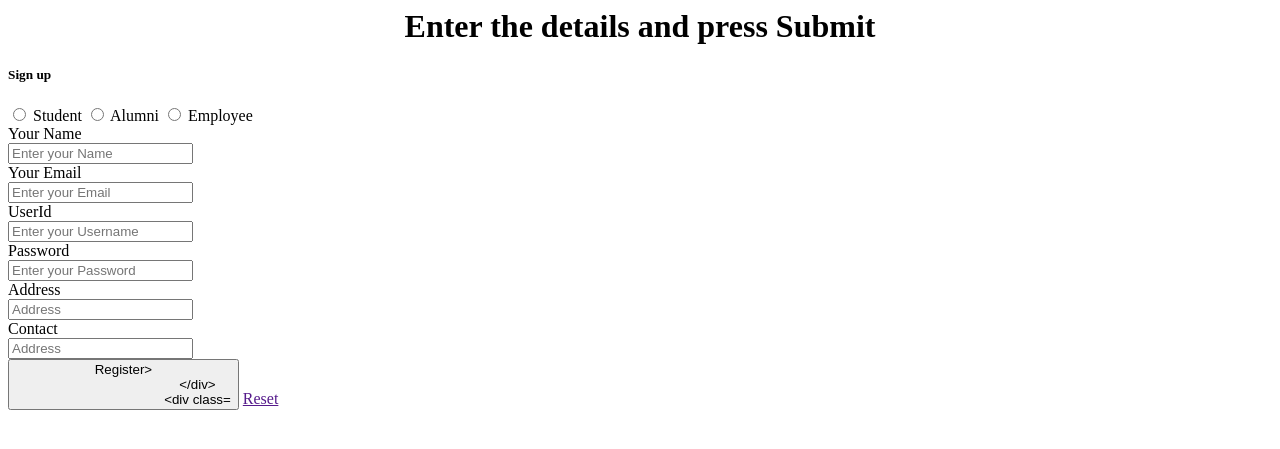
Repository: Abinayasivapraba/Project2
Page: ChatZoneFE/WebContent/User/Register.html
These files come from the project's save history. The page is drawn as it stood at one moment and after the next save; the edit follows.
The browser window is 1280 px wide. The pictures show the whole page.

Above is the page before, as saved 2017-05-14 11:08:55.

After the next save:
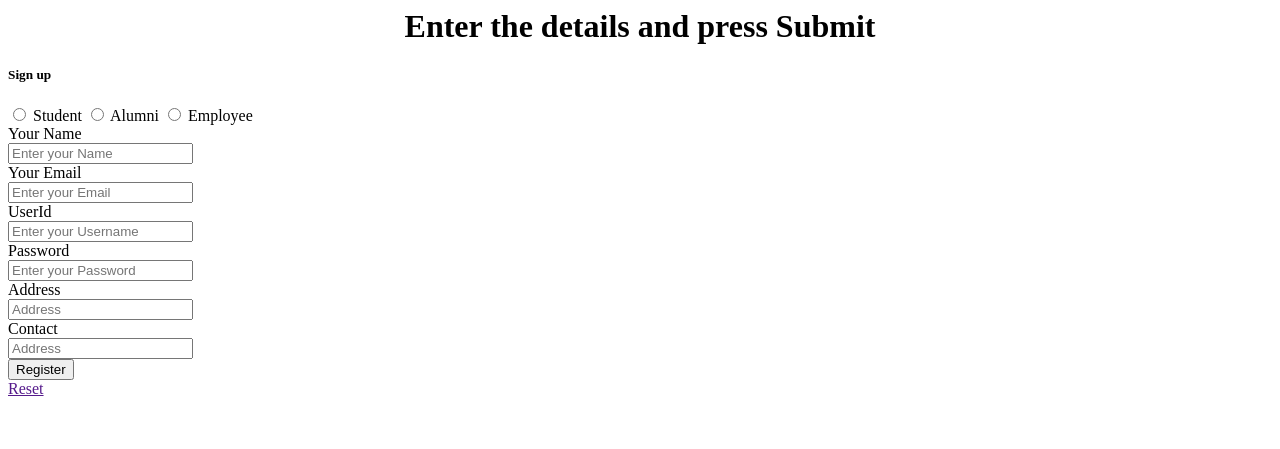
Saved 4 min 14 s later.
--- a/ChatZoneFE/WebContent/User/Register.html
+++ b/ChatZoneFE/WebContent/User/Register.html
@@ -47,7 +47,7 @@ Role:<input type="text" ng-model="ctrl.user.role" /><br>
 
 						<div class="form-group">
 							<label for="name" class="cols-sm-2 control-label">Your Name</label>
-							<div class="cols-sm-10">
+							<div class="cols-sm-4">
 								<div class="input-group">
 									<span class="input-group-addon"><i class="fa fa-user fa" aria-hidden="true"></i></span>
 									<input type="text" class="form-control" name="name" id="name" ng-model="ctrl.user.name"  placeholder="Enter your Name"/>
@@ -57,7 +57,7 @@ Role:<input type="text" ng-model="ctrl.user.role" /><br>
 
 						<div class="form-group">
 							<label for="email" class="cols-sm-2 control-label">Your Email</label>
-							<div class="cols-sm-10">
+							<div class="cols-sm-4">
 								<div class="input-group">
 									<span class="input-group-addon"><i class="fa fa-envelope fa" aria-hidden="true"></i></span>
 									<input type="text" class="form-control" name="email" id="email" ng-model="ctrl.user.email"  placeholder="Enter your Email"/>
@@ -67,7 +67,7 @@ Role:<input type="text" ng-model="ctrl.user.role" /><br>
 
 						<div class="form-group">
 							<label for="username" class="cols-sm-2 control-label">UserId</label>
-							<div class="cols-sm-10">
+							<div class="cols-sm-4">
 								<div class="input-group">
 									<span class="input-group-addon"><i class="fa fa-users fa" aria-hidden="true"></i></span>
 									<input type="text" class="form-control" name="id" id="id" ng-model="ctrl.user.id"  placeholder="Enter your Username"/>
@@ -77,7 +77,7 @@ Role:<input type="text" ng-model="ctrl.user.role" /><br>
 
 						<div class="form-group">
 							<label for="password" class="cols-sm-2 control-label">Password</label>
-							<div class="cols-sm-10">
+							<div class="cols-sm-4">
 								<div class="input-group">
 									<span class="input-group-addon"><i class="fa fa-lock fa-lg" aria-hidden="true"></i></span>
 									<input type="password" class="form-control" name="password" id="password" ng-model="ctrl.user.password"  placeholder="Enter your Password"/>
@@ -87,7 +87,7 @@ Role:<input type="text" ng-model="ctrl.user.role" /><br>
 
 						<div class="form-group">
 							<label for="confirm" class="cols-sm-2 control-label">Address</label>
-							<div class="cols-sm-10">
+							<div class="cols-sm-4">
 								<div class="input-group">
 									<span class="input-group-addon"><i class="fa fa-lock fa-lg" aria-hidden="true"></i></span>
 									<input type="password" class="form-control" name="address" id="address"ng-model="ctrl.user.address"  placeholder="Address"/>
@@ -97,7 +97,7 @@ Role:<input type="text" ng-model="ctrl.user.role" /><br>
 
 						<div class="form-group">
 							<label for="confirm" class="cols-sm-2 control-label">Contact</label>
-							<div class="cols-sm-10">
+							<div class="cols-sm-4">
 								<div class="input-group">
 									<span class="input-group-addon"><i class="fa fa-lock fa-lg" aria-hidden="true"></i></span>
 									<input type="password" class="form-control" name="contact" id="contact" ng-model="ctrl.user.contact"  placeholder="Address"/>
@@ -108,8 +108,8 @@ Role:<input type="text" ng-model="ctrl.user.role" /><br>
 
 
 
-						<input type="submit" class="btn btn-lg btn-success btn-success" value="Register>
-					</div>
+						<input type="submit" class="btn btn-lg btn-success btn-success" value="Register">
+
 					<div class="col-xs-6 col-sm-6 col-md-6">
 						<a href="" class="btn btn-lg btn-primary btn-block">Reset</a>
 
